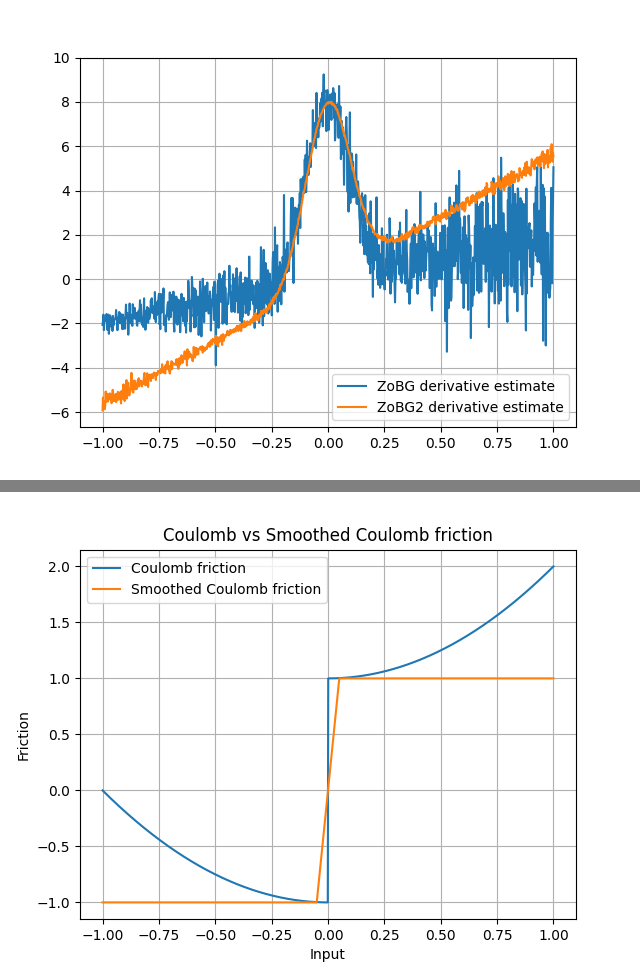
Repository: oomcth/Gradient-smoothing
Script's output: python test.py
An editor plug-in stored every save of this project. The script's output is shown before and after the next save, followed by the edit.
Each picture stacks the figures in order, with grey between them; figures that are only written to a file come last. Random numbers start from a fixed seed.

Above is the script's output before, as saved 2025-11-21 18:32:10.

After the next save:
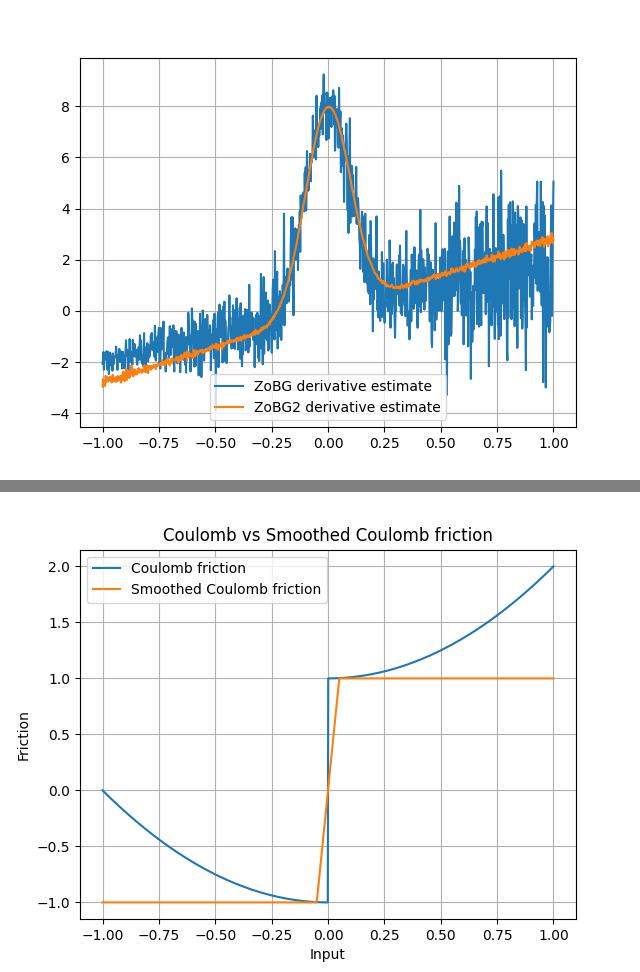
Saved 27 s later.
--- a/test.py
+++ b/test.py
@@ -49,7 +49,7 @@
     omegas = np.random.normal(loc=0, scale=sigma, size=M)
     xs = x + omegas
     est = np.array(
-        [2 * xi * gaussian_pdf(omega, sigma=sigma) for (xi, omega) in zip(xs, omegas)]
+        [xi * gaussian_pdf(omega, sigma=sigma) for (xi, omega) in zip(xs, omegas)]
     )
 
     return est.mean() + 2 * gaussian_pdf(-x, mu=0, sigma=sigma)

After the save that followed:
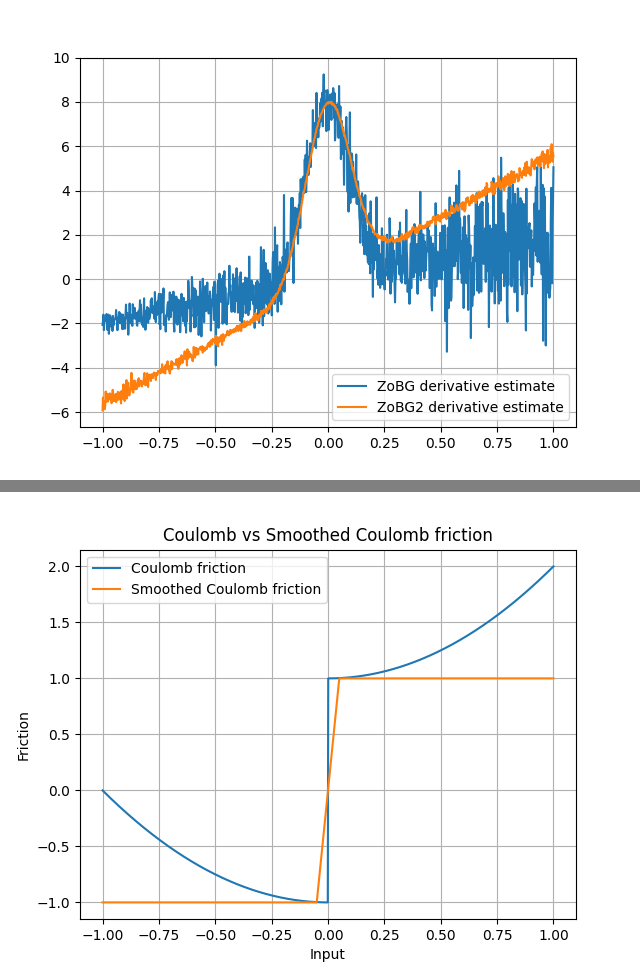
Saved 18 s later.
--- a/test.py
+++ b/test.py
@@ -49,7 +49,7 @@
     omegas = np.random.normal(loc=0, scale=sigma, size=M)
     xs = x + omegas
     est = np.array(
-        [xi * gaussian_pdf(omega, sigma=sigma) for (xi, omega) in zip(xs, omegas)]
+        [2 * xi * gaussian_pdf(omega, sigma=sigma) for (xi, omega) in zip(xs, omegas)]
     )
 
     return est.mean() + 2 * gaussian_pdf(-x, mu=0, sigma=sigma)
